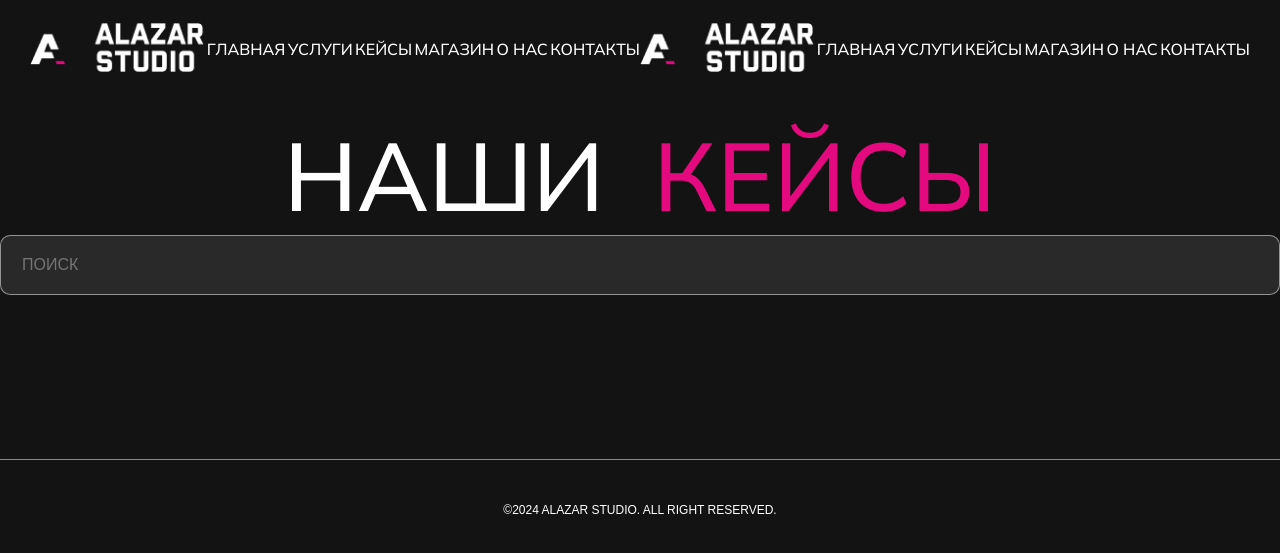
Repository: AlazarStudio/alazar_studio
Page: /cases
An editor plug-in stored every save of this project. The page is shown before and after the next save, followed by the edit.
The browser window is 1280 px wide. The pictures show the whole page.
The page's requests for data from a server got no answer. The project was rebuilt for these pictures with package versions that can differ from the ones it lists, and the page was loaded fresh each time. No one was signed in, and anything a server would have sent is missing. Also part of the build but not shown: vite.config.js, src/Components/Pages/Non_Found_Page.jsx, src/Components/Standart/CenterBlock/CenterBlock.module.css, src/Components/Standart/CenterBlock/CenterBlock.jsx, src/Components/Standart/WidthBlock/WidthBlock.module.css, src/Components/Standart/WidthBlock/WidthBlock.jsx, src/Components/Pages/HomePage/HomePage.module.css, src/Components/Pages/HomePage/HomePage.jsx and 13 more.

Above is the page before, as saved 2025-05-06 15:59:29.

After the next save:
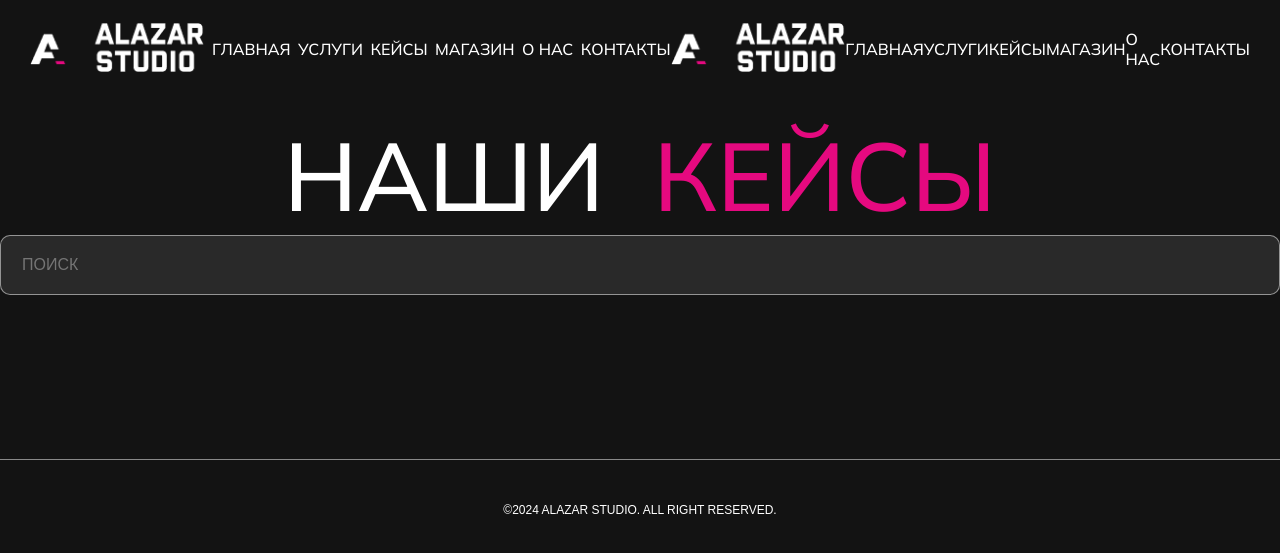
Saved 4 s later.
--- a/src/Components/Blocks/Header/Header.jsx
+++ b/src/Components/Blocks/Header/Header.jsx
@@ -59,7 +59,7 @@ function Header() {
 
 
       <div
-        className={`${classes.containerNav} ${
+        className={`${classes.containerNavMobile} ${
           isScrolled ? classes.scrolled : ''
         }`}
       >
